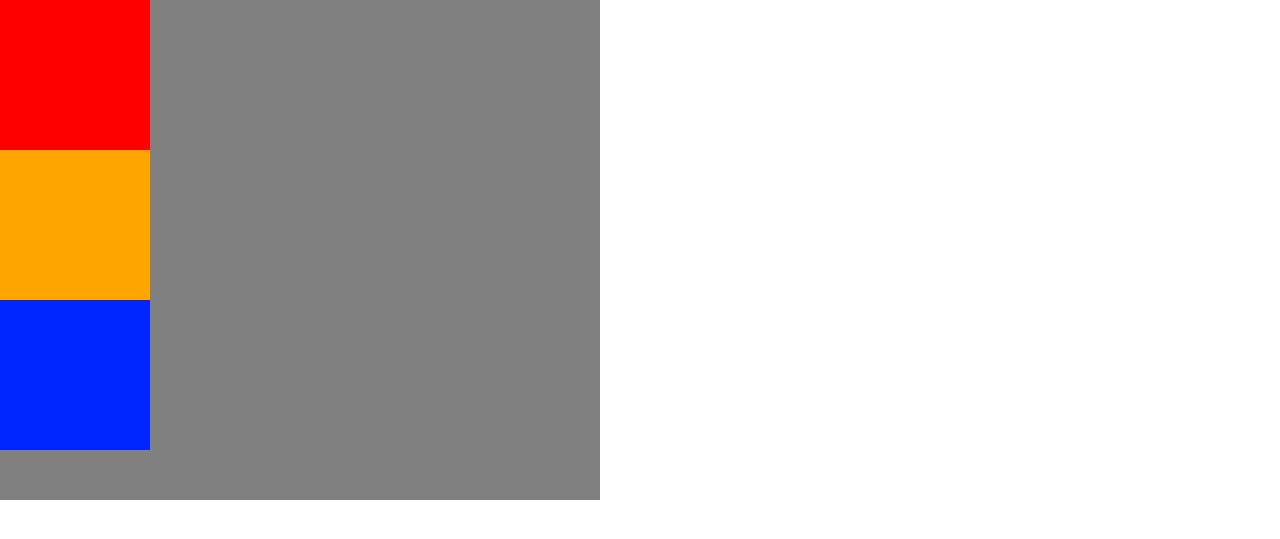
Repository: AytacSafarova/Task-12
Page: index.html
An editor plug-in stored every save of this project. The page is shown before and after a run of saves, followed by the edit.
The browser window is 1280 px wide. The pictures show the whole page.

Above is the page before, as saved 2023-07-27 09:09:28.

After the next 4 saves:
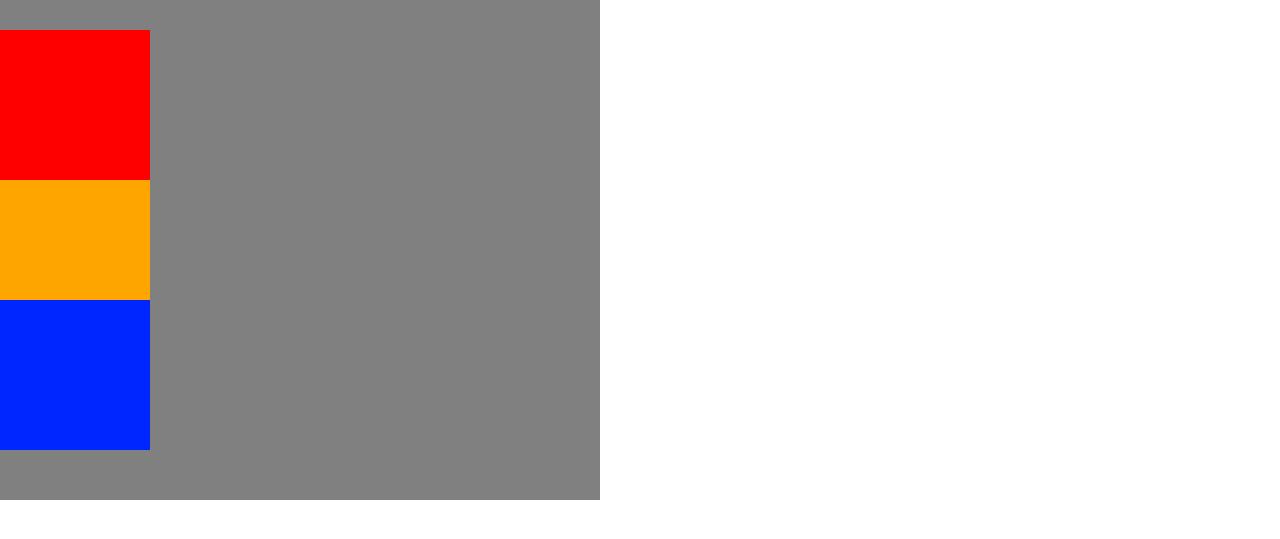
The 4 saves are shown as one change because they came seconds apart.
The last was saved 11 s later.
--- a/index.css
+++ b/index.css
@@ -15,8 +15,8 @@
 }
 .card:nth-child(1){
     background-color: red;
-    position: relative
-    ;
+    position: relative;
+    top: 30px;
 }
 .card:nth-child(2){
     background-color: orange;

After the save that followed:
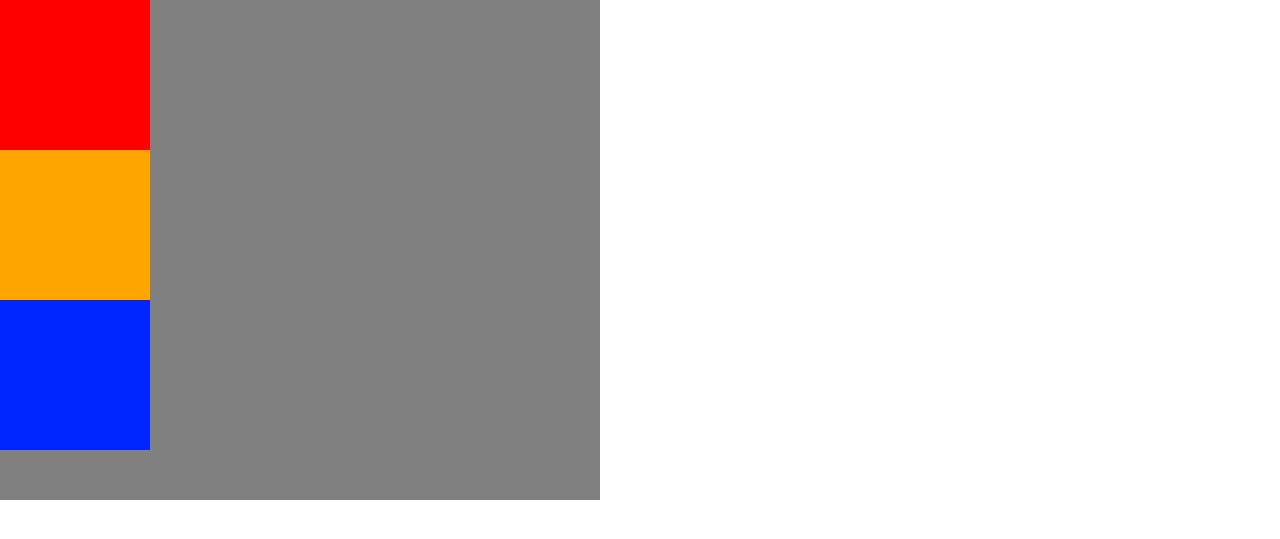
Saved 8 s later.
--- a/index.css
+++ b/index.css
@@ -16,7 +16,7 @@
 .card:nth-child(1){
     background-color: red;
     position: relative;
-    top: 30px;
+    /* top: 30px; */
 }
 .card:nth-child(2){
     background-color: orange;
